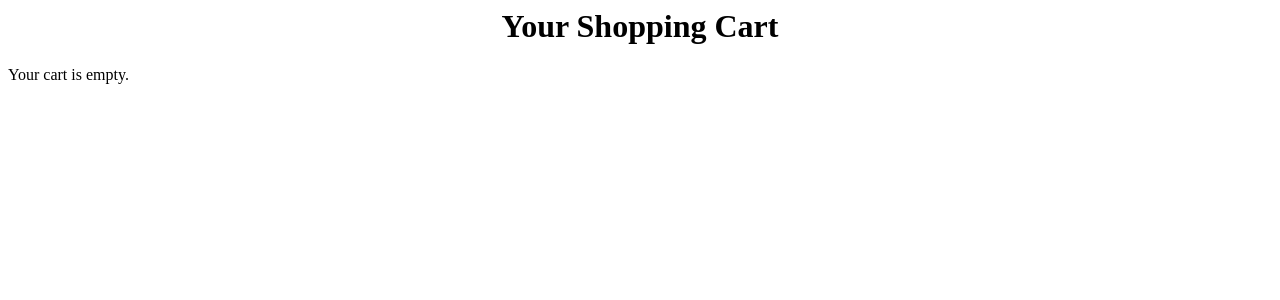
Repository: Sujith-B-S/Food-Application
Page: http://localhost/FoodApplication/cart.jsp
These files come from the project's save history. The page is drawn as it stood at one moment and after the next save; the edit follows.
The browser window is 1280 px wide. The pictures show the whole page.
The page is served by Tomcat 9. Other server files are loaded and not shown.

Above is the page before, as saved 2024-11-18 07:40:27.

### FoodApplication/src/main/webapp/cart.jsp
<%@ page language="java" contentType="text/html; charset=UTF-8"
    pageEncoding="UTF-8"%>
<%@ page import="java.util.*" %>
<%@ page import="com.sg.cartitempojo.CartItem" %>
<html>
<head>
    <title>Your Cart</title>
    <style>
        h1 {
            text-align: center;
        }

        .container {
            margin: 20px auto;
            width: 80%;
            border-collapse: collapse;
        }

        table {
            width: 100%;
            border-collapse: collapse;
        }

        th, td {
            padding: 10px;
            border: 1px solid #ddd;
            text-align: left;
        }

        th {
            background-color: #f2f2f2;
        }

        .total {
            text-align: right;
            font-weight: bold;
        }

        img {
            width: 80px;
            height: 80px;
        }
    </style>
</head>
<body>
    <h1>Your Shopping Cart</h1>

    <%
        // Retrieve the cart from the session
        Map<Integer, CartItem> cart = (Map<Integer, CartItem>) session.getAttribute("cart");

        if (cart != null && !cart.isEmpty()) {
    %>
    <table class="container">
        <thead>
            <tr>
                <th>Image</th>
                <th>Item Name</th>
                <th>Description</th>
                <th>Quantity</th>
                <th>Price (₹)</th>
                <th>Total (₹)</th>
            </tr>
        </thead>
        <tbody>
            <%
                double grandTotal = 0.0;
                for (CartItem item : cart.values()) {
                    double total = item.getQuantity() * item.getPrice();
                    grandTotal += total;
            %>
            <tr>
                <td><img src="<%= item.getImage() %>" alt="Item Image"></td>
                <td><%= item.getName() %></td>
                <td><%= item.getDescription() %></td>
                <td> <form action="UpdateCartItem">
	                <select id = "quantity-<%= item.getItemId()%>" name = "quantity">\
	                <option value = "<%= item.getQuantity() %>"><%= item.getQuantity() %></option>
	               		<%

	               		for(int i = 1 ; i <= 10 ; i++)
	               			{%>
	               				<option value = "<%= i %>"><%= i %></option>
	               			<%
	               			}
	               			%>
	                </select>
                </form> </td>
                <td><%= item.getPrice() %></td>
                <td><%= total %></td>
                <td> <a href = "UpdateCartItem?cartItemId="<%=item.getItemId() %>> <button>Update</button></a> </td>

            </tr>
            <% } %>
            <tr>
                <td colspan="5" class="total">Grand Total:</td>
                <td><%= grandTotal %></td>
            </tr>
        </tbody>
    </table>
    <%
        } else {
    %>
    <p>Your cart is empty.</p>
    <%
        }
    %>
</body>
</html>

After the next save:
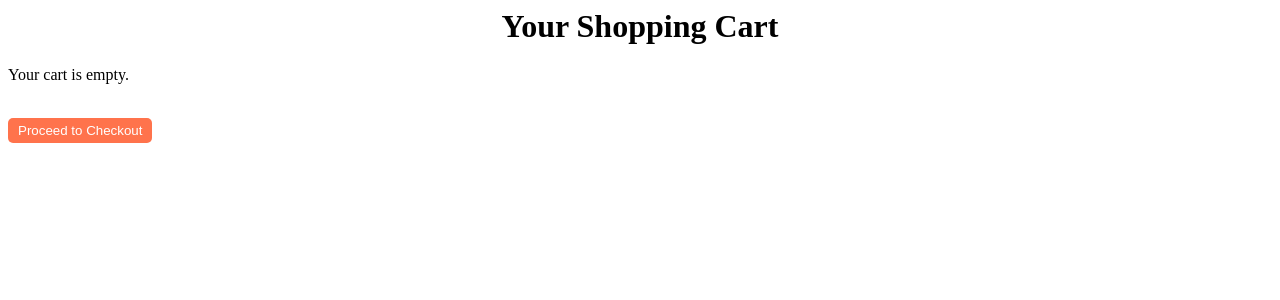
Saved 2 min 11 s later.
--- a/FoodApplication/src/main/webapp/cart.jsp
+++ b/FoodApplication/src/main/webapp/cart.jsp
@@ -1,5 +1,4 @@
-<%@ page language="java" contentType="text/html; charset=UTF-8"
-    pageEncoding="UTF-8"%>
+<%@ page language="java" contentType="text/html; charset=UTF-8" pageEncoding="UTF-8"%>
 <%@ page import="java.util.*" %>
 <%@ page import="com.sg.cartitempojo.CartItem" %>
 <html>
@@ -40,6 +39,19 @@
             width: 80px;
             height: 80px;
         }
+
+        button {
+            padding: 5px 10px;
+            background-color: #FF734C;
+            border: none;
+            color: white;
+            border-radius: 5px;
+            cursor: pointer;
+        }
+
+        button:hover {
+            background-color: #ff3d00;
+        }
     </style>
 </head>
 <body>
@@ -60,6 +72,7 @@
                 <th>Quantity</th>
                 <th>Price (₹)</th>
                 <th>Total (₹)</th>
+                <th>Action</th>
             </tr>
         </thead>
         <tbody>
@@ -73,23 +86,26 @@
                 <td><img src="<%= item.getImage() %>" alt="Item Image"></td>
                 <td><%= item.getName() %></td>
                 <td><%= item.getDescription() %></td>
-                <td> <form action="UpdateCartItem">
-	                <select id = "quantity-<%= item.getItemId()%>" name = "quantity">\
-	                <option value = "<%= item.getQuantity() %>"><%= item.getQuantity() %></option>
-	               		<%
-
-	               		for(int i = 1 ; i <= 10 ; i++)
-	               			{%>
-	               				<option value = "<%= i %>"><%= i %></option>
-	               			<%
-	               			}
-	               			%>
-	                </select>
-                </form> </td>
+                <td>
+                    <form action="UpdateCartItem" method="get">
+                        <input type="hidden" name="cartItemId" value="<%= item.getItemId() %>">
+                        <select name="quantity" onchange="this.form.submit()">
+                            <%
+                                // Dynamically generate quantity options from 1 to 10
+                                for(int i = 1; i <= 10; i++) {
+                            %>
+                                <option value="<%= i %>" <%= (i == item.getQuantity()) ? "selected" : "" %>><%= i %></option>
+                            <%
+                                }
+                            %>
+                        </select>
+                    </form>
+                </td>
                 <td><%= item.getPrice() %></td>
                 <td><%= total %></td>
-                <td> <a href = "UpdateCartItem?cartItemId="<%=item.getItemId() %>> <button>Update</button></a> </td>
-
+                <td>
+                    <a href="UpdateCartItem?cartItemId=<%= item.getItemId() %>"><button>Update</button></a>
+                </td>
             </tr>
             <% } %>
             <tr>
@@ -105,5 +121,8 @@
     <%
         }
     %>
+
+    <br/>
+    <a href="checkout.jsp"><button>Proceed to Checkout</button></a>
 </body>
 </html>
